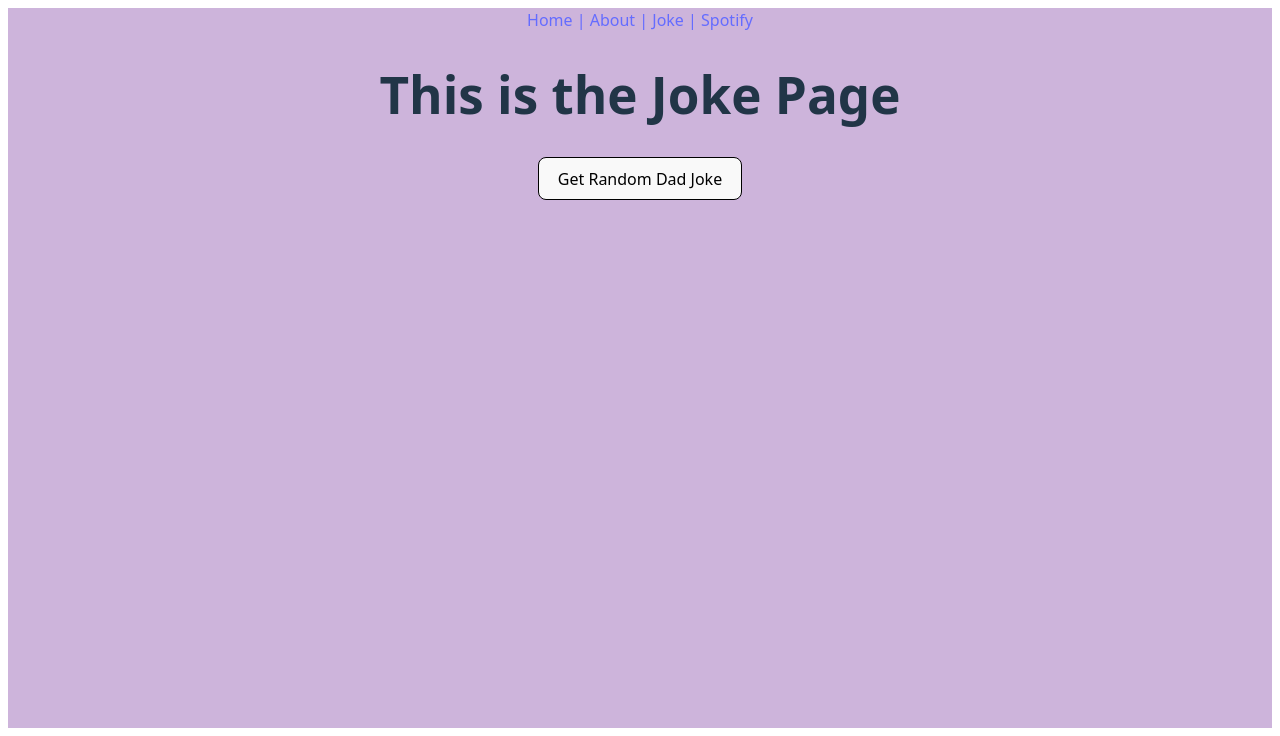
Repository: rosieomusic/spotify-react
Page: /joke
An editor plug-in stored every save of this project. The page is shown before and after the next save, followed by the edit.
The browser window is 1280 px wide. The pictures show the whole page.
The page's requests for data from a server got no answer. The project was rebuilt for these pictures with package versions that can differ from the ones it lists, and the page was loaded fresh each time. No one was signed in, and anything a server would have sent is missing. Also part of the build but not shown: vite.config.js, src/pages/HomePage.jsx, src/pages/AboutPage.jsx, src/services/SpotifyService.js, src/components/AlbumComponent.jsx, src/pages/SpotifyPage.jsx.

Above is the page before, as saved 2025-05-09 18:30:48.

After the next save:
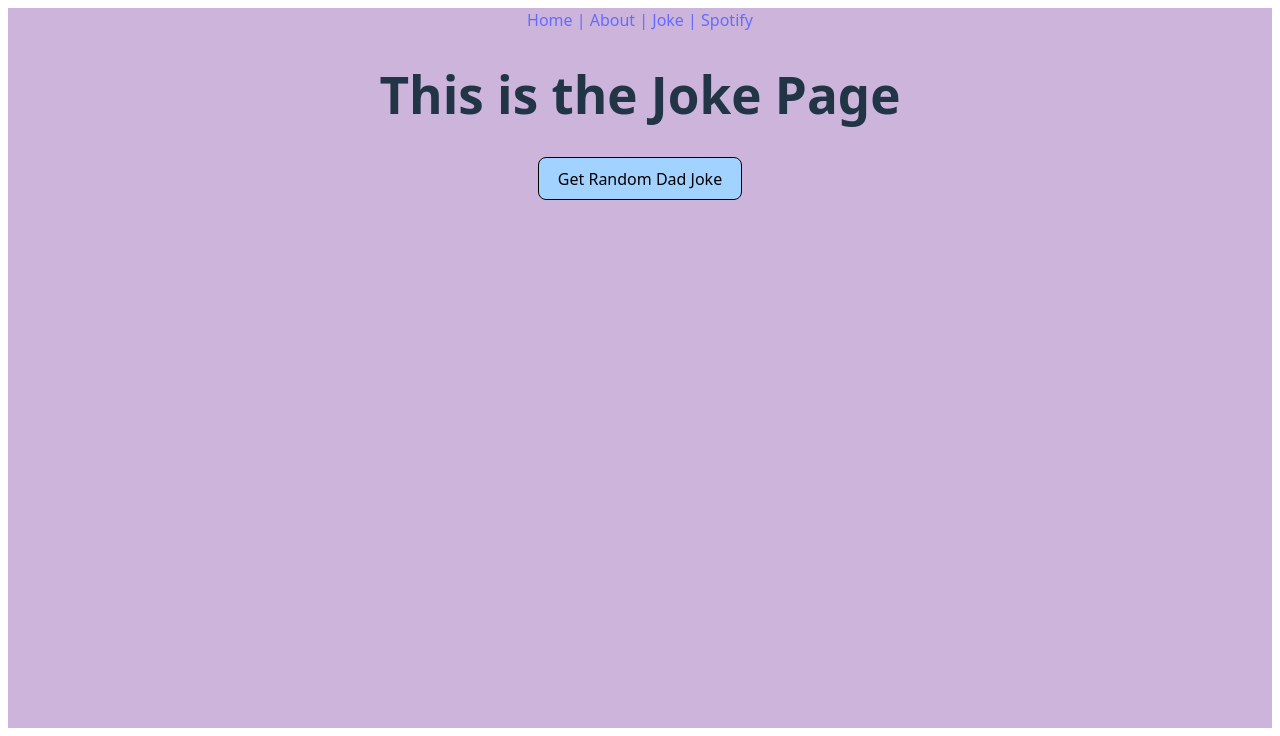
Saved 16 s later.
--- a/src/App.css
+++ b/src/App.css
@@ -9,5 +9,5 @@
 	background-color: #cdb4db;
 }
 button {
-	background-color: ;
+	background-color: #a2d2ff;
 }
